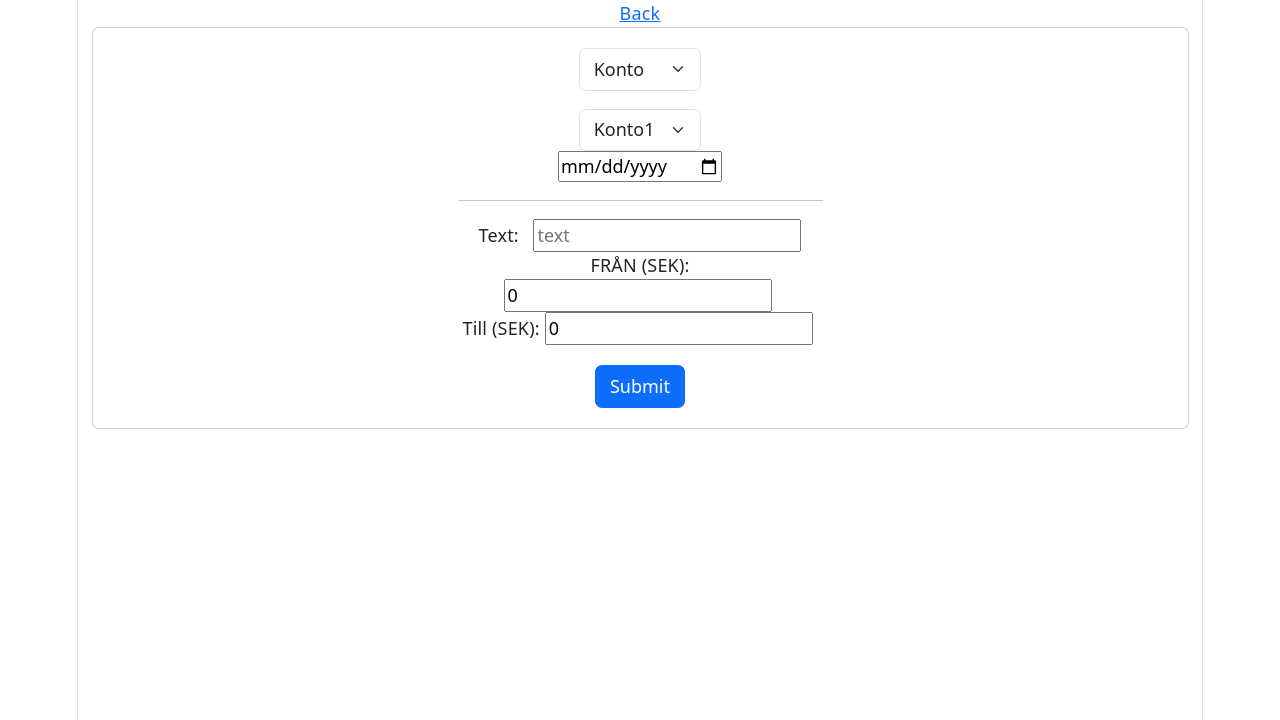
Repository: supply24/kidsaccount
Page: /action
These files come from the project's save history. The page is drawn as it stood at one moment and after the next save; the edit follows.
The browser window is 1280 px wide. The pictures show the whole page.
The page's requests for data from a server got no answer. The project was rebuilt for these pictures with package versions that can differ from the ones it lists, and the page was loaded fresh each time. No one was signed in, and anything a server would have sent is missing. Also part of the build but not shown: vite.config.js, src/App.css, src/App.jsx, src/Homing.jsx, src/Emilia.jsx, src/Alexander.jsx.

Above is the page before, as saved 2026-08-01 12:54:44.

### index.html
<!doctype html>
<html lang="en">
  <head>
    <meta charset="UTF-8" />
    <link rel="icon" type="image/svg+xml" href="/favicon.svg" />
    <meta name="viewport" content="width=device-width, initial-scale=1.0" />
    <title>accounter</title>
    <link
  rel="stylesheet"
  href="https://cdn.jsdelivr.net/npm/bootstrap@5.3.5/dist/css/bootstrap.min.css"
  integrity="sha384-SgOJa3DmI69IUzQ2PVdRZhwQ+dy64/BUtbMJw1MZ8t5HZApcHrRKUc4W0kG879m7"
  crossorigin="anonymous"
/>
  </head>
  <body>
    <div id="root"></div>
    <script type="module" src="/src/main.jsx"></script>
  </body>
</html>

### src/main.jsx
import { StrictMode } from 'react'
import { createRoot } from 'react-dom/client'
import { createBrowserRouter, RouterProvider } from 'react-router-dom'
import './index.css'
import App from './App.jsx'
import Homing from "./Homing.jsx"
import Actions from "./Actions.jsx"
import Emilia from "./Emilia.jsx"
import Alexander from "./Alexander.jsx"

const router = createBrowserRouter ([
{path:"/",
  element:<Homing/>
}  ,
{path:"/action",
  element:<Actions/>
},
{path:"/emlia",
  element:<Emilia/>
},
{path:"/alex",
  element:<Alexander/>
}
])

createRoot(document.getElementById('root')).render(
  <StrictMode>
    <RouterProvider router={router}/>
  </StrictMode>,
)

### src/index.css
:root {
  --text: #6b6375;
  --text-h: #08060d;
  --bg: #fff;
  --border: #e5e4e7;
  --code-bg: #f4f3ec;
  --accent: #aa3bff;
  --accent-bg: rgba(170, 59, 255, 0.1);
  --accent-border: rgba(170, 59, 255, 0.5);
  --social-bg: rgba(244, 243, 236, 0.5);
  --shadow:
    rgba(0, 0, 0, 0.1) 0 10px 15px -3px, rgba(0, 0, 0, 0.05) 0 4px 6px -2px;

  --sans: system-ui, 'Segoe UI', Roboto, sans-serif;
  --heading: system-ui, 'Segoe UI', Roboto, sans-serif;
  --mono: ui-monospace, Consolas, monospace;

  font: 18px/145% var(--sans);
  letter-spacing: 0.18px;
  color-scheme: light dark;
  color: var(--text);
  background: var(--bg);
  font-synthesis: none;
  text-rendering: optimizeLegibility;
  -webkit-font-smoothing: antialiased;
  -moz-osx-font-smoothing: grayscale;

  @media (max-width: 1024px) {
    font-size: 16px;
  }
}

@media (prefers-color-scheme: dark) {
  :root {
    --text: #9ca3af;
    --text-h: #f3f4f6;
    --bg: #16171d;
    --border: #2e303a;
    --code-bg: #1f2028;
    --accent: #c084fc;
    --accent-bg: rgba(192, 132, 252, 0.15);
    --accent-border: rgba(192, 132, 252, 0.5);
    --social-bg: rgba(47, 48, 58, 0.5);
    --shadow:
      rgba(0, 0, 0, 0.4) 0 10px 15px -3px, rgba(0, 0, 0, 0.25) 0 4px 6px -2px;
  }

  #social .button-icon {
    filter: invert(1) brightness(2);
  }
}

body {
  margin: 0;
}

#root {
  width: 1126px;
  max-width: 100%;
  margin: 0 auto;
  text-align: center;
  border-inline: 1px solid var(--border);
  min-height: 100svh;
  display: flex;
  flex-direction: column;
  box-sizing: border-box;
}

h1,
h2 {
  font-family: var(--heading);
  font-weight: 500;
  color: var(--text-h);
}

h1 {
  font-size: 56px;
  letter-spacing: -1.68px;
  margin: 32px 0;
  @media (max-width: 1024px) {
    font-size: 36px;
    margin: 20px 0;
  }
}
h2 {
  font-size: 24px;
  line-height: 118%;
  letter-spacing: -0.24px;
  margin: 0 0 8px;
  @media (max-width: 1024px) {
    font-size: 20px;
  }
}
p {
  margin: 0;
}

code,
.counter {
  font-family: var(--mono);
  display: inline-flex;
  border-radius: 4px;
  color: var(--text-h);
}

code {
  font-size: 15px;
  line-height: 135%;
  padding: 4px 8px;
  background: var(--code-bg);
}

### src/Actions.jsx
import React, {useEffect, useState} from 'react'
import {Col, Row, Button, Form, Container, Card} from "react-bootstrap"
import { createClient } from "@supabase/supabase-js"
import {supabase} from "./data/Export/Supabase.jsx"
import number from "./data/Export/Numbers.jsx"
import {Link} from "react-router-dom"

const Actions = () => {
  const [konto, setKonto]=useState("")
const [konto1, setKonto1]=useState("")
  const [numbers, setNumbers]=useState("")
  const [datetime, setDatetime]=useState("")
  const [kredit, setKredit]=useState(0)
  const [debet, setDebet]=useState(0)
  const [kontox, setKontox]=useState("")
  const [kontox1, setKontox1]=useState("")
  const [accounter, setAccounter]=useState("")
  const [texting, setTexting]=useState("")
 // const [ setSumx ]=useState("")

  const handleNumbers =(e)=>{
    setNumbers(e.target.value)
  }

  const handleDatetime=(e)=>{
    setDatetime(e.target.value)
      }

      const handleKredit = (e)=>{
        setKredit(e.target.value)
      }
      const handleDebet = (e)=>{
        setDebet(e.target.value)
      }

      const handleKontox = (e)=>{
        setKontox(e.target.value)
      }

      const handleKontox1 = (e)=>{
        setKontox1(e.target.value)
      }
      const handleSumx = (e)=>{
        setSumx(e.target.value)
      }
      const handleTexting = (e)=>{
        setTexting(e.target.value)
      }


          useEffect(()=>{
        getCounts()
      },[]
      )

      const payload= [{
    konto :{ debet, kontox}, datetime, texting,
    konto1: {kredit, kontox1}
               }]
      const handleSubmit=async(e)=>{
        e.preventDefault()
          const {data, error} = await supabase.from("Accounting").insert(payload);
          if(error)
            console.error("error yes", error)
            else{
              console.error("konto info", data)
      }}

      async function getCounts(){
        const {data, error} = await supabase.from("Accounting").select("*")
        setAccounter(data)
        console.log("konton hämtade", data ? data: "no fetch")
      }

      function Break () {
        return (
          <div style={{marginTop:"20px"}}></div>)
      }

  return (
    <div>
      <Link to="/">Back</Link>

        <Container>
          <Card>
            <Form onSubmit={handleSubmit}>
              <Col md={4} className="mx-auto" style={{marginTop:"20px"}}>

<Col align="center" md={4} className="mx-auto" style={{marginTop:"20px"}}>
<Form.Group className="mb-3" controlId="formBasicEmail">
  <Form.Select type ="dropdown" onChange={(e)=>setKontox(e.target.value)}>
    <option value={kontox}>Konto</option>
    {number.map((account)=>(
      <option key={account.id}>{account.kontox}</option>
    ))}
  </Form.Select>
</Form.Group>

<Form.Group  controlId="formBasicEmail">
  <Form.Select type ="dropdown" onChange={(e)=>setKontox1(e.target.value)}>
    <option value={kontox1}>Konto1</option>
    {number.map((account)=>(
      <option key={account.id}>{account.kontox1}</option>
    ))}
  </Form.Select>
</Form.Group>
</Col>
<input type="date" value={datetime} onChange={handleDatetime} />
<hr></hr>
 <Col>Text:&nbsp;&nbsp;   <input type="text" value={texting} onChange={handleTexting} placeholder='text'/></Col>

 <Col>FRÅN (SEK): <input type="number" value={kredit} onChange={handleKredit} placeholder='kredit'/>&nbsp;
  </Col>
  <Col>Till (SEK): <input type="number" value={debet} onChange={handleDebet} placeholder='debet'/>&nbsp;
  </Col>

<Col align="center" md  ={4} className="mx-auto" style={{marginTop:"20px"}}>
  </Col>
  </Col>
  <Button type="submit" style={{marginBottom:20}}>Submit</Button>
</Form>
 </Card>
 </Container>


          </div>
  )
}

export default Actions

### src/data/Export/Supabase.jsx
import React from "react";
import {createClient} from '@supabase/supabase-js'

/*
const supabaseUrl = 'https://rfzavnmxfanengjuapns.supabase.co'
//const supabaseKey = process.env.SUPABASE_KEY
const supabaseKey= "eyJhbGciOiJIUzI1NiIsInR5cCI6IkpXVCJ9.eyJpc3MiOiJzdXBhYmFzZSIsInJlZiI6InJmemF2bm14ZmFuZW5nanVhcG5zIiwicm9sZSI6ImFub24iLCJpYXQiOjE3ODQ3NzUzMzMsImV4cCI6MjEwMDM1MTMzM30.uY-HxfNB9RcQpFpu75w03NXVAMYMurzfTEnpVtIfYG8"
const supabase = createClient(supabaseUrl, supabaseKey)
*/

export const supabase = createClient(
    import.meta.env.VITE_SUPABASE_URL,
    import.meta.env.VITE_SUPABASE_PUBLISHABLE_DEFAULT_KEY
)

### src/data/Export/Numbers.jsx
const number = [
    {id:"101", kontox:"128", kontox1:"128",debet:"", kredit:""},
    {id:"201", kontox:"199", kontox1:"199", debet:"", kredit:""},
       {id:"301", kontox:"112", kontox1:"112", debet:"", kredit:""},
           {id:"501", kontox:"562", kontox1:"562", debet:"", kredit:""},
           {id:"601", kontox:"891", kontox1:"891", debet:"", kredit:""}
]

export default number

After the next save:
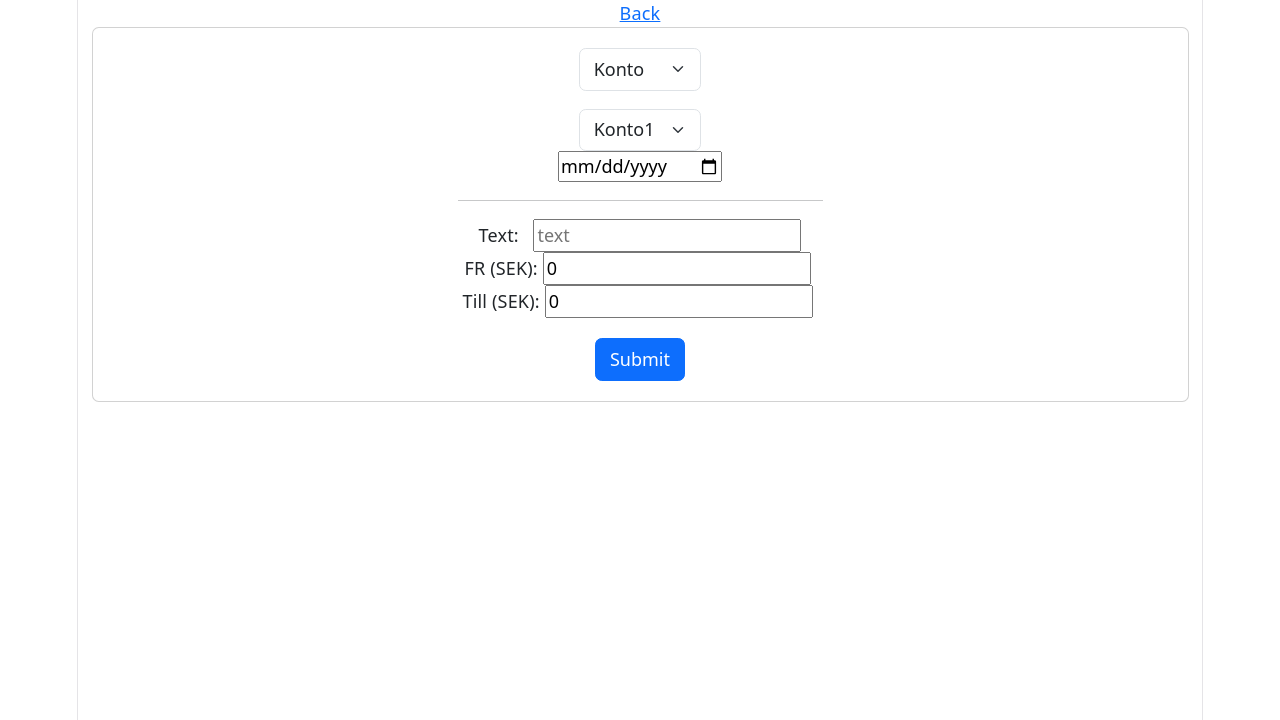
Saved 15 s later.
--- a/src/Actions.jsx
+++ b/src/Actions.jsx
@@ -109,7 +109,7 @@ const [konto1, setKonto1]=useState("")
 <hr></hr>
  <Col>Text:&nbsp;&nbsp;   <input type="text" value={texting} onChange={handleTexting} placeholder='text'/></Col>
 
- <Col>FRÅN (SEK): <input type="number" value={kredit} onChange={handleKredit} placeholder='kredit'/>&nbsp;
+ <Col>FR (SEK): <input type="number" value={kredit} onChange={handleKredit} placeholder='kredit'/>&nbsp;
   </Col>
   <Col>Till (SEK): <input type="number" value={debet} onChange={handleDebet} placeholder='debet'/>&nbsp;
   </Col>
